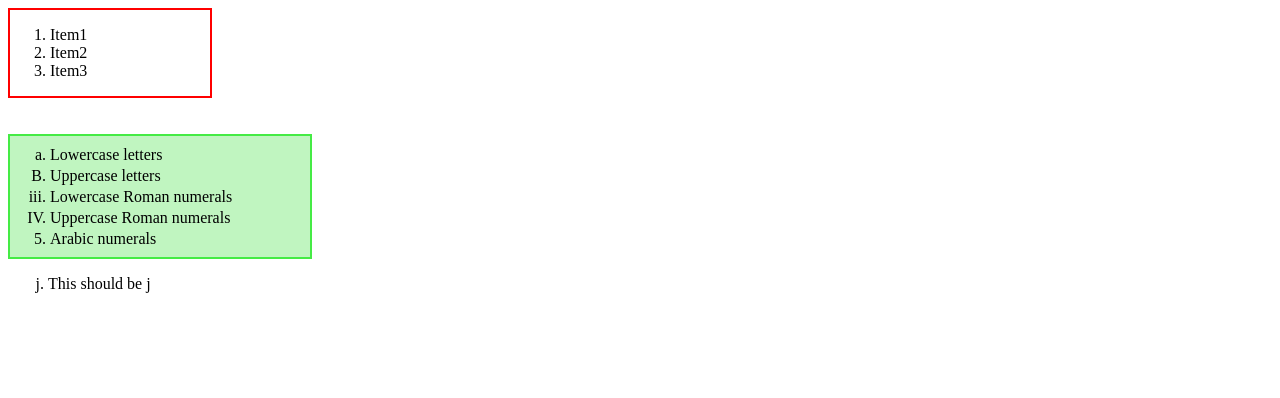
Repository: Tan-Khang21/TH_TKW--Buoi_01
Page: Buoi_01/Bt_ve_nha/BT_01/main.html
These files come from the project's save history. The page is drawn as it stood at one moment and after the next save; the edit follows.
The browser window is 1280 px wide. The pictures show the whole page.

Above is the page before, as saved 2024-01-22 17:03:37.

### Buoi_01/Bt_ve_nha/BT_01/main.html
<!DOCTYPE html>
<html lang="en">
<head>
    <meta charset="UTF-8">
    <meta name="viewport" content="width=device-width, initial-scale=1.0">
    <title>Document</title>
    <link rel="stylesheet" href="style.css">
</head>
<body>
    <div class="red">
        <ol>
            <li>Item1</li>
            <li>Item2</li>
            <li>Item3</li>
        </ol>
    </div>
    <br><br>
    <div class="green">
        <ol type="a">
            <li>Lowercase letters</li>
        </ol>
        <ol type="A" start="2">
            <li>Uppercase letters</li>
        </ol>
        <ol type="i" start="3">
            <li>Lowercase Roman numerals</li>
        </ol>
        <ol type="I" start="4">
            <li>Uppercase Roman numerals</li>
        </ol>
        <ol start="5">
            <li>Arabic numerals</li>
        </ol>
    </div>
    <div class="blue">
        <ol type="a" start="10">
            <li > This should be j</li>
        </ol>
    </div>
</body>
</html>

### Buoi_01/Bt_ve_nha/BT_01/style.css
.red{
    width: 200px;
    border: 2px solid red;
}
.green{
    line-height: 5px;
    width: 300px;
    border:2px solid rgb(69, 235, 69);
    background-color: rgb(192, 245, 192);
}

After the next save:
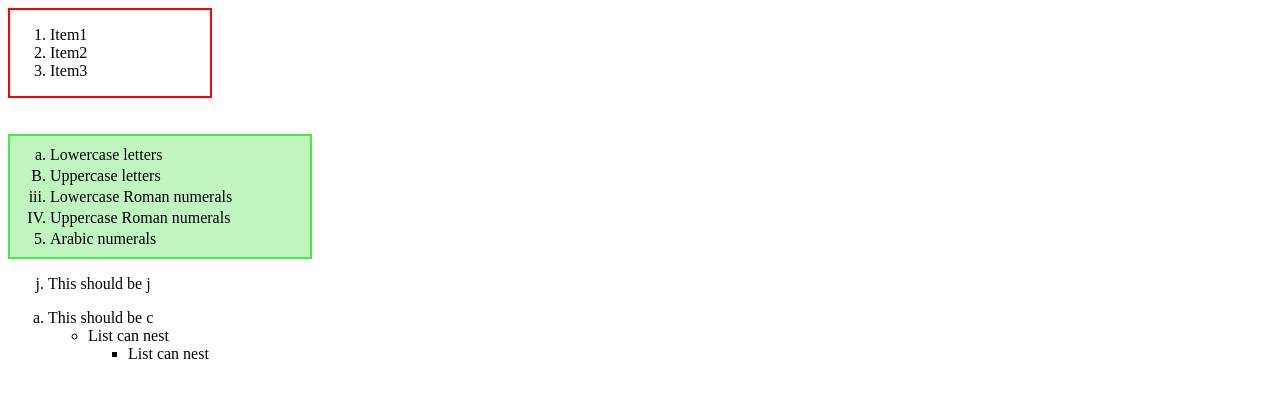
Saved 2 min 9 s later.
--- a/Buoi_01/Bt_ve_nha/BT_01/main.html
+++ b/Buoi_01/Bt_ve_nha/BT_01/main.html
@@ -36,6 +36,15 @@
         <ol type="a" start="10">
             <li > This should be j</li>
         </ol>
+        <ol type="a" start="c">
+            <li > This should be c</li>
+            <ul>
+                <li>List can nest</li>
+                <ul>
+                    <li>List can nest</li>
+                </ul>
+            </ul>
+        </ol>
     </div>
 </body>
 </html>
